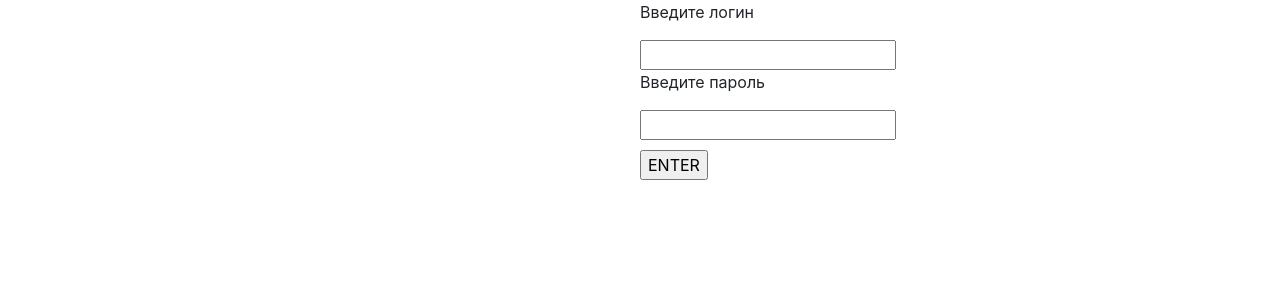
Repository: sMoonBeam/Labs
Page: MyList/WebContent/index.html
These files come from the project's save history. The page is drawn as it stood at one moment and after the next save; the edit follows.
The browser window is 1280 px wide. The pictures show the whole page.

Above is the page before, as saved 2019-10-16 20:42:34.

### MyList/WebContent/index.html
<!DOCTYPE html>
<html>

<head>
<meta charset="UTF-8">
<title>LOGIN</title>
<link href="https://stackpath.bootstrapcdn.com/bootstrap/4.3.1/css/bootstrap.min.css" rel="stylesheet">
</head>
<body>
	<form  action="mylist" method="POST" style="margin-left: 50%;">
		<p>Введите логин</p>
		<input type="text" name="login" required/>
		<p>Введите пароль</p>
		<input type="text" name="password"/>
		<br>
		<input style="margin-top: 10px;" type="submit" value="ENTER"/>
	</form>
</body>
</html>

After the next save:
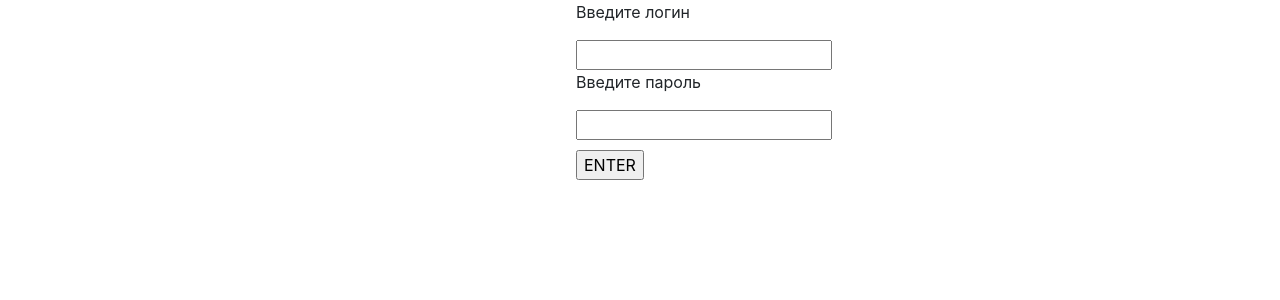
Saved 6 s later.
--- a/MyList/WebContent/index.html
+++ b/MyList/WebContent/index.html
@@ -7,7 +7,7 @@
 <link href="https://stackpath.bootstrapcdn.com/bootstrap/4.3.1/css/bootstrap.min.css" rel="stylesheet">
 </head>
 <body>
-	<form  action="mylist" method="POST" style="margin-left: 50%;">
+	<form  action="mylist" method="POST" style="margin-left: 45%;">
 		<p>Введите логин</p>
 		<input type="text" name="login" required/>
 		<p>Введите пароль</p>
